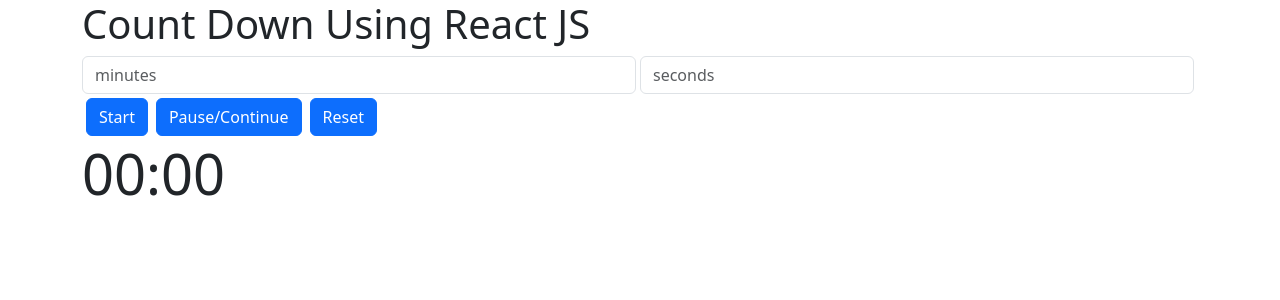
Repository: maheshdama13/reactjs-count-down
Page: /
An editor plug-in stored every save of this project. The page is shown before and after the next save, followed by the edit.
The browser window is 1280 px wide. The pictures show the whole page.
The project was rebuilt for these pictures with package versions that can differ from the ones it lists, and the page was loaded fresh each time. Also part of the build but not shown: src/App.css.

Above is the page before, as saved 2022-07-01 02:19:46.

After the next save:
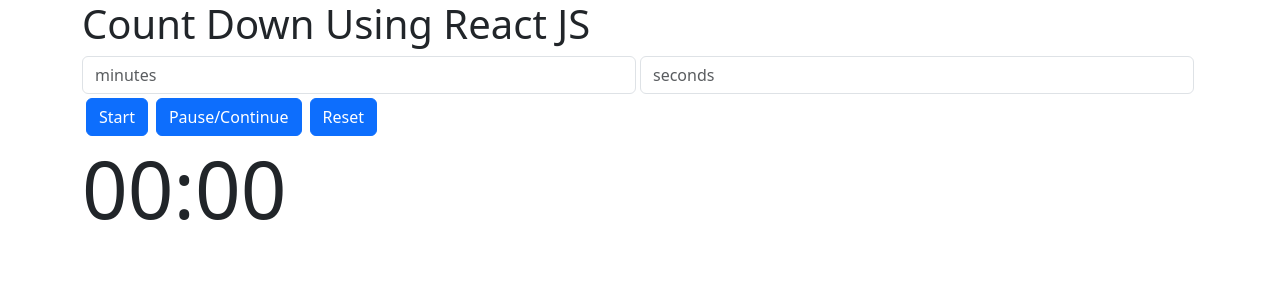
Saved 5 s later.
--- a/src/components/CountDown.js
+++ b/src/components/CountDown.js
@@ -68,7 +68,7 @@
       </form>
 
 
-      <h1 className='display-4'>{formattedTimer} {isTimerRunning ? 'Running' : ''}</h1>
+      <h1 className='display-1'>{formattedTimer} {isTimerRunning ? 'Running' : ''}</h1>
     </div>
   )
 }
